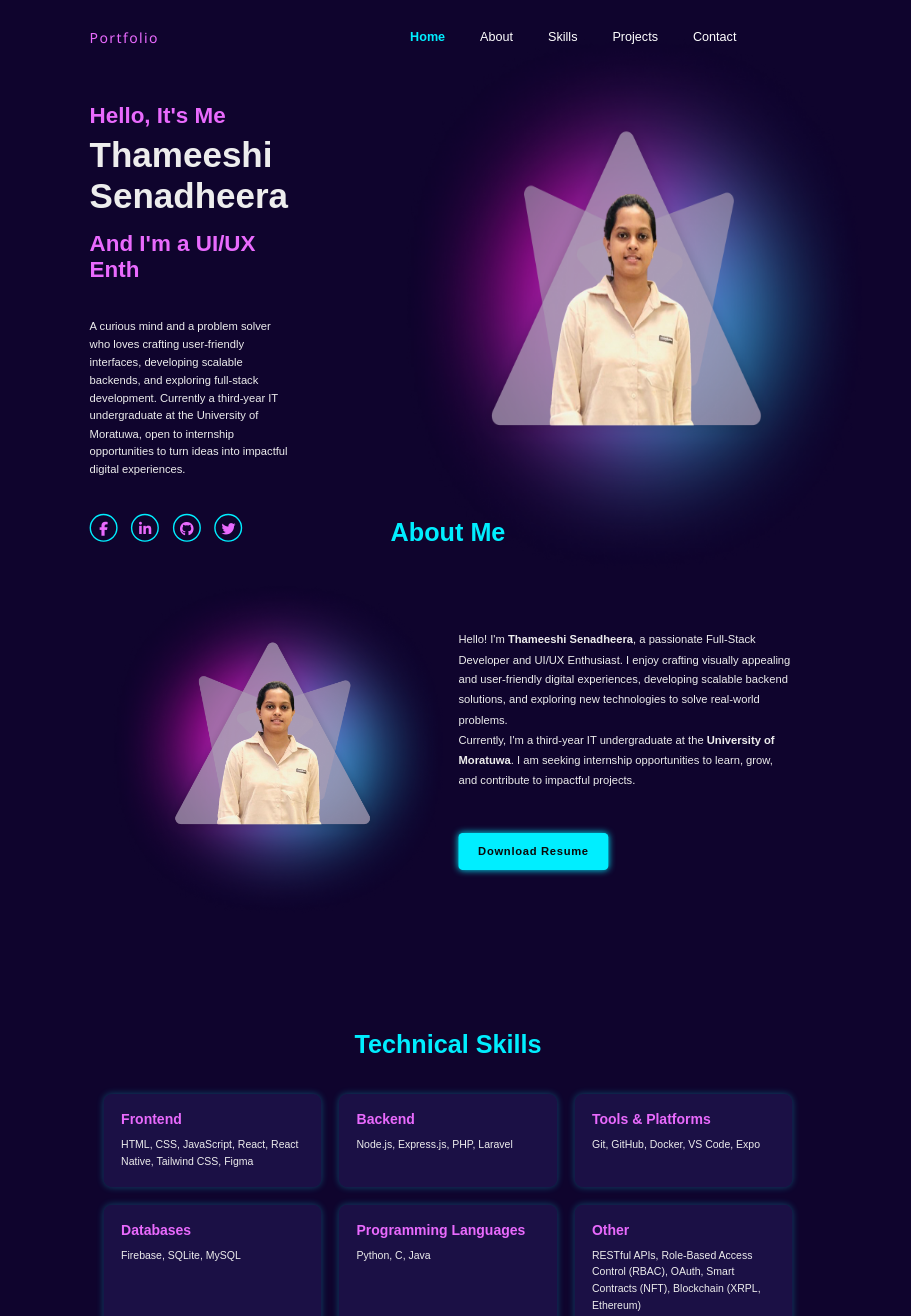
Repository: Thameeshi/portfolio-website
Page: http://localhost/
These files come from the project's save history. The page is drawn as it stood at one moment and after the next save; the edit follows.
The browser window is 1280 px wide. The page is 1280 px wide, then 1302 px, so the pictures cover 1302 px, including what lies to the right of the window. The pictures show the part of the page from y = 0 to 1880 px (the page is 3616 px tall), at 70% of full size.
Some web libraries are served in a nearby version. The page is served by the project's Node server (server.js).

Above is the page before, as saved 2025-09-10 11:36:11.

### public/css/style.css
/* Reset */
* {
    margin: 0;
    padding: 0;
    box-sizing: border-box;
    font-family: 'Poppins', sans-serif;
}

/* Body */
body {
    background: #0F042D;
    color: #ededed;
    scroll-behavior: smooth;
    overflow-x: hidden;
}

/* Header */
.header {
    position: fixed;
    top: 0;
    left: 0;
    width: 100%;
    padding: 40px 10%;
    display: flex;
    justify-content: space-between;
    align-items: center;
    z-index: 100;
    transition: background 0.3s ease-in-out;
}

.logo {
    font-size: 20px;
    color: #E96AFD;
    text-decoration: none;
    font-weight: 550;
    letter-spacing: 2px;
    font-family: 'Segoe UI', Tahoma, Geneva, Verdana, sans-serif;
    transition: transform 0.3s ease;
}
.logo:hover { transform: scale(1.1) rotate(-3deg); }

.navbar {
    display: flex;
    align-items: center;
    margin-right: 100px;
}
.navbar a {
    display: inline-block;
    font-size: 18px;
    color: #fff;
    text-decoration: none;
    font-weight: 500;
    margin-left: 50px;
    position: relative;
    transition: color 0.3s ease;
}
.navbar a::after {
    content: '';
    position: absolute;
    left: 0;
    bottom: -5px;
    width: 0;
    height: 2px;
    background: #0ef;
    transition: width 0.3s;
}
.navbar a:hover { color: #0ef; }
.navbar a:hover::after { width: 100%; }
.navbar a.active { color: #0ef; font-weight: 700; }

/* Home Section */
.home {
    display: flex;
    align-items: center;
    justify-content: space-between;
    padding: 50px 10%;
    height: 100vh;
    gap: 50px;
}

.home-content {
    flex: 1;
    max-width: 600px;
    animation: fadeIn 2s ease-in-out;
    margin-top: 200px;
}
.home-content h3 { font-size: 32px; font-weight: 700; color: #E96AFD; margin-bottom: 10px; animation: slideInLeft 1s ease; }
.home-content h1 { font-size: 50px; font-weight: 800; margin-bottom: 20px; animation: slideInRight 1.2s ease; }
.home-content p { line-height: 1.6; font-size: 16px; margin-bottom: 25px; margin-top:50px;animation: fadeInUp 1.5s ease; }

.btn-box {
    display: inline-block;
    padding: 12px 28px;
    background: #0ef;
    border-radius: 6px;
    font-size: 16px;
    color: #0a0a0a;
    font-weight: 600;
    letter-spacing: 1px;
    text-decoration: none;
    transition: 0.3s;
    box-shadow: 0 0 10px #0ef;
}
.btn-box:hover {
    background: #0c9;
    box-shadow: 0 0 20px #0ef, 0 0 40px #0ef;
    transform: scale(1.05);
}

/* Social Links */
.home-sci { margin-top: 50px; }
.home-sci a {
    display: inline-block;
    width: 40px;
    height: 40px;
    border: 2px solid #0ef;
    border-radius: 50%;
    font-size: 20px;
    color: #E96AFD;
    text-align: center;
    line-height: 40px;
    margin-right: 15px;
    transition: 0.4s;
}
.home-sci a:hover {
    background: #E96AFD;
    color: #0a0a0a;
    box-shadow: 0 0 20px #E96AFD;
}

/* Image next to home-content */

.image img {
    width: 800px;
    height: 800px;
    margin-left: 100px;
    margin-top: 150px;
}

/* Float animation */
@keyframes float {
    0%, 100% { transform: translateY(0); }
    50% { transform: translateY(-10px); }
}

/* About Section */
.about {
    padding: 70px 10%;
    color: #ededed;
    margin-top: -100px;
}
.about h2 { font-size: 36px; font-weight: 700; color: #0ef; margin-bottom: 40px; text-align: center; margin-top: 100px; }

.download { margin-top: 40px; }

.about-content {
    display: flex;
    align-items: center;
    justify-content: space-between;
    flex-wrap: wrap;
    gap: 30px;
    flex-direction: row-reverse;
}
.container { max-width: 1200px; margin: 0 auto; padding: 0 20px; margin-top: -50px; }
.about-text { flex: 1; min-width: 300px; font-size: 16px; line-height: 1.8; }
.about-text .btn-box { margin-top: 20px; }
.about-image { flex: 1; min-width: 400px; text-align: center; }
.about-image img { max-width: 500px; border-radius: 10px; }

/* Skills Section */
.skills {
    padding: 80px 10%;
    margin-top: 50px;
}
.skills h2 {
    font-size: 36px;
    font-weight: 700;
    color: #0ef;
    margin-bottom: 50px;
    text-align: center;
}
.skills-grid {
    display: grid;
    grid-template-columns: repeat(auto-fit, minmax(250px, 1fr));
    gap: 25px;
}
.skill-card {
    background: #1b1045;
    padding: 25px;
    border-radius: 12px;
    box-shadow: 0 0 10px rgba(14, 239, 255, 0.3);
    transition: transform 0.3s ease, box-shadow 0.3s ease;
}
.skill-card:hover {
    transform: translateY(-8px);
    box-shadow: 0 0 20px #0ef;
}
.skill-card h3 {
    font-size: 20px;
    color: #E96AFD;
    margin-bottom: 12px;
}
.skill-card p {
    font-size: 15px;
    line-height: 1.6;
    color: #ededed;
}

/* Projects Section */
.projects {
    padding: 80px 10%;
    margin-top: 50px;
}

.projects h2 {
    font-size: 36px;
    font-weight: 700;
    color: #0ef;
    margin-bottom: 50px;
    text-align: center;
}

.project-showcase {
    display: flex;
    justify-content: center;
    max-width: 1000px;
    margin: 0 auto;
}

.project-card {
    background: #1b1045;
    border-radius: 20px;
    overflow: hidden;
    box-shadow: 0 0 30px rgba(14, 239, 255, 0.2);
    transition: transform 0.3s ease, box-shadow 0.3s ease;
    width: 100%;
    display: flex;
    min-height: 500px;
}

.project-card:hover {
    transform: translateY(-5px);
    box-shadow: 0 0 40px rgba(14, 239, 255, 0.4);
}

.project-image-container {
    position: relative;
    flex: 1;
    overflow: hidden;
}

.project-images {
    position: relative;
    height: 100%;
    width: 100%;
}

.project-img {
    position: absolute;
    top: 0;
    left: 0;
    width: 100%;
    height: 100%;
    object-fit: cover;
    opacity: 0;
    transition: opacity 0.5s ease-in-out;
}

.project-img.active {
    opacity: 1;
}

.image-nav {
    position: absolute;
    bottom: 20px;
    left: 50%;
    transform: translateX(-50%);
    display: flex;
    gap: 10px;
    z-index: 3;
}

.nav-dot {
    width: 12px;
    height: 12px;
    border-radius: 50%;
    border: 2px solid rgba(255, 255, 255, 0.6);
    background: transparent;
    cursor: pointer;
    transition: all 0.3s ease;
}

.nav-dot:hover,
.nav-dot.active {
    background: #0ef;
    border-color: #0ef;
    transform: scale(1.2);
}

.project-overlay {
    position: absolute;
    top: 0;
    left: 0;
    right: 0;
    bottom: 0;
    background: linear-gradient(135deg, rgba(14, 239, 255, 0.8), rgba(233, 106, 253, 0.8));
    display: flex;
    align-items: center;
    justify-content: center;
    opacity: 0;
    transition: opacity 0.3s ease;
    z-index: 2;
}

.project-card:hover .project-overlay {
    opacity: 1;
}

.project-links {
    display: flex;
    gap: 20px;
}

.project-link {
    width: 60px;
    height: 60px;
    background: rgba(255, 255, 255, 0.2);
    border-radius: 50%;
    display: flex;
    align-items: center;
    justify-content: center;
    color: #fff;
    font-size: 24px;
    text-decoration: none;
    backdrop-filter: blur(10px);
    border: 2px solid rgba(255, 255, 255, 0.3);
    transition: all 0.3s ease;
}

.project-link:hover {
    background: rgba(255, 255, 255, 0.3);
    transform: scale(1.1);
    border-color: rgba(255, 255, 255, 0.6);
}

.project-info {
    flex: 1;
    padding: 40px;
    display: flex;
    flex-direction: column;
    justify-content: center;
}

.project-info h3 {
    font-size: 28px;
    color: #E96AFD;
    margin-bottom: 20px;
    font-weight: 700;
}

.project-info p {
    font-size: 16px;
    line-height: 1.7;
    color: #ededed;
    margin-bottom: 25px;
}

.project-features {
    display: grid;
    grid-template-columns: 1fr 1fr;
    gap: 15px;
    margin-bottom: 25px;
}

.feature {
    display: flex;
    align-items: center;
    gap: 8px;
    font-size: 14px;
    color: #ededed;
}

.feature i {
    color: #0ef;
    font-size: 16px;
}

.project-tech {
    display: flex;
    flex-wrap: wrap;
    gap: 10px;
}

.project-tech span {
    background: linear-gradient(135deg, #0ef, #E96AFD);
    color: #0a0a0a;
    padding: 8px 16px;
    border-radius: 25px;
    font-size: 13px;
    font-weight: 600;
    letter-spacing: 0.5px;
}

/* Responsive */
@media (max-width: 768px) {
    .projects {
        padding: 60px 5%;
    }

    .project-card {
        flex-direction: column;
        min-height: auto;
    }

    .project-image-container {
        height: 300px;
    }

    .project-info {
        padding: 30px 25px;
    }

    .project-info h3 {
        font-size: 24px;
    }

    .project-info p {
        font-size: 15px;
    }

    .project-features {
        grid-template-columns: 1fr;
        gap: 10px;
    }

    .project-links {
        gap: 15px;
    }

    .project-link {
        width: 50px;
        height: 50px;
        font-size: 20px;
    }
}

/* Add these styles to your existing stylesheet.css file */

/* Contact Section */
.contact {
    padding: 80px 10%;
    margin-top: 50px;
}

.contact h2 {
    font-size: 36px;
    font-weight: 700;
    color: #0ef;
    margin-bottom: 20px;
    text-align: center;
}

.contact > p {
    text-align: center;
    font-size: 18px;
    color: #ededed;
    margin-bottom: 50px;
    opacity: 0.8;
}

.contact-content {
    display: grid;
    grid-template-columns: 1fr 1fr;
    gap: 60px;
    max-width: 1200px;
    margin: 0 auto;
    align-items: start;
}

.contact-info {
    display: flex;
    flex-direction: column;
    gap: 30px;
}

.contact-item {
    background: #1b1045;
    padding: 25px;
    border-radius: 15px;
    text-align: center;
    transition: transform 0.3s ease, box-shadow 0.3s ease;
    border: 1px solid rgba(14, 239, 255, 0.1);
}

.contact-item:hover {
    transform: translateY(-5px);
    box-shadow: 0 10px 30px rgba(14, 239, 255, 0.2);
}

.contact-item i {
    font-size: 28px;
    color: #0ef;
    margin-bottom: 15px;
}

.contact-item h3 {
    font-size: 20px;
    color: #E96AFD;
    margin-bottom: 10px;
    font-weight: 600;
}

.contact-item p {
    color: #ededed;
    font-size: 16px;
}

.contact-form {
    background: #1b1045;
    padding: 40px;
    border-radius: 20px;
    box-shadow: 0 0 20px rgba(14, 239, 255, 0.1);
    border: 1px solid rgba(14, 239, 255, 0.1);
}

.form-group {
    margin-bottom: 25px;
}

.form-group input,
.form-group textarea {
    width: 100%;
    padding: 15px 20px;
    background: rgba(15, 4, 45, 0.8);
    border: 2px solid rgba(14, 239, 255, 0.2);
    border-radius: 10px;
    color: #ededed;
    font-size: 16px;
    font-family: 'Poppins', sans-serif;
    transition: all 0.3s ease;
    resize: vertical;
}

.form-group input:focus,
.form-group textarea:focus {
    outline: none;
    border-color: #0ef;
    box-shadow: 0 0 0 3px rgba(14, 239, 255, 0.1);
    transform: translateY(-2px);
}

.form-group input::placeholder,
.form-group textarea::placeholder {
    color: rgba(237, 237, 237, 0.6);
}

.form-group textarea {
    min-height: 120px;
    max-height: 200px;
}

.contact-form .btn-box {
    width: 100%;
    padding: 15px;
    font-size: 18px;
    margin-top: 10px;
    position: relative;
    overflow: hidden;
}

.contact-form .btn-box:hover {
    transform: translateY(-2px);
}

.contact-form .btn-box:active {
    transform: translateY(0);
}

/* Footer */
.footer {
    background: #1b1045;
    padding: 30px 10%;
    text-align: center;
    margin-top: 50px;
    border-top: 1px solid rgba(14, 239, 255, 0.1);
}

.footer p {
    color: #ededed;
    font-size: 14px;
    opacity: 0.8;
}

/* Enhanced responsive design */
@media (max-width: 768px) {
    .contact {
        padding: 60px 5%;
    }

    .contact-content {
        grid-template-columns: 1fr;
        gap: 40px;
    }

    .contact-form {
        padding: 25px 20px;
    }

    .form-group input,
    .form-group textarea {
        padding: 12px 15px;
        font-size: 14px;
    }

    .contact h2 {
        font-size: 28px;
    }

    .contact > p {
        font-size: 16px;
    }

    .contact-item {
        padding: 20px;
    }

    .contact-item i {
        font-size: 24px;
    }

    .contact-item h3 {
        font-size: 18px;
    }
}

@media (max-width: 480px) {
    .contact-form {
        padding: 20px 15px;
    }

    .form-group {
        margin-bottom: 20px;
    }

    .contact-info {
        gap: 20px;
    }

    .contact-item {
        padding: 15px;
    }
}

/* Additional animations */
@keyframes slideInLeft {
    from {
        transform: translateX(-50px);
        opacity: 0;
    }
    to {
        transform: translateX(0);
        opacity: 1;
    }
}

@keyframes slideInRight {
    from {
        transform: translateX(50px);
        opacity: 0;
    }
    to {
        transform: translateX(0);
        opacity: 1;
    }
}

/* Performance optimizations */
* {
    box-sizing: border-box;
}

img {
    max-width: 100%;
    height: auto;
}

/* Smooth transitions for better UX */
a, button {
    transition: all 0.3s ease;
}

/* Focus styles for accessibility */
a:focus,
button:focus,
input:focus,
textarea:focus {
    outline: 2px solid #0ef;
    outline-offset: 2px;
}

/* High contrast mode support */
@media (prefers-contrast: high) {
    .skill-card,
    .project-card,
    .contact-item,
    .contact-form {
        border: 2px solid #0ef;
    }
}

/* Reduced motion support */
@media (prefers-reduced-motion: reduce) {
    *,
    *::before,
    *::after {
        animation-duration: 0.01ms !important;
        animation-iteration-count: 1 !important;
        transition-duration: 0.01ms !important;
    }
}

/* Print styles */
@media print {
    .header,
    .contact-form,
    .project-overlay,
    .hamburger {
        display: none !important;
    }

    body {
        background: white !important;
        color: black !important;
    }

    .home,
    .about,
    .skills,
    .projects {
        page-break-inside: avoid;
        margin-bottom: 20px;
    }
}

/* Keyframe Animations */
@keyframes fadeIn { from { opacity: 0; } to { opacity: 1; } }
@keyframes slideInLeft { from { transform: translateX(-50px); opacity: 0; } to { transform: translateX(0); opacity: 1; } }
@keyframes slideInRight { from { transform: translateX(50px); opacity: 0; } to { transform: translateX(0); opacity: 1; } }
@keyframes fadeInUp { from { transform: translateY(30px); opacity: 0; } to { transform: translateY(0); opacity: 1; } }

/* Responsive */
@media (max-width: 768px) {
    .home {
        flex-direction: column;
        text-align: center;
        padding: 100px 5% 0;
        gap: 30px;
    }
    .home-content h1 { font-size: 36px; }
    .home-content h3 { font-size: 24px; }
    .image { max-width: 200px; margin-top: 20px; }
    .about-content { flex-direction: column; text-align: center; }
    .about-image img { max-width: 200px; margin-top: 20px; }
    .navbar a { margin-left: 20px; font-size: 16px; }
    .header { padding: 15px 5%; }
}

Loaded but not shown: public/js/main.js (628 lines, source omitted); server.js (274 lines, source omitted); views/index.ejs (352 lines, source omitted)

After the next save:
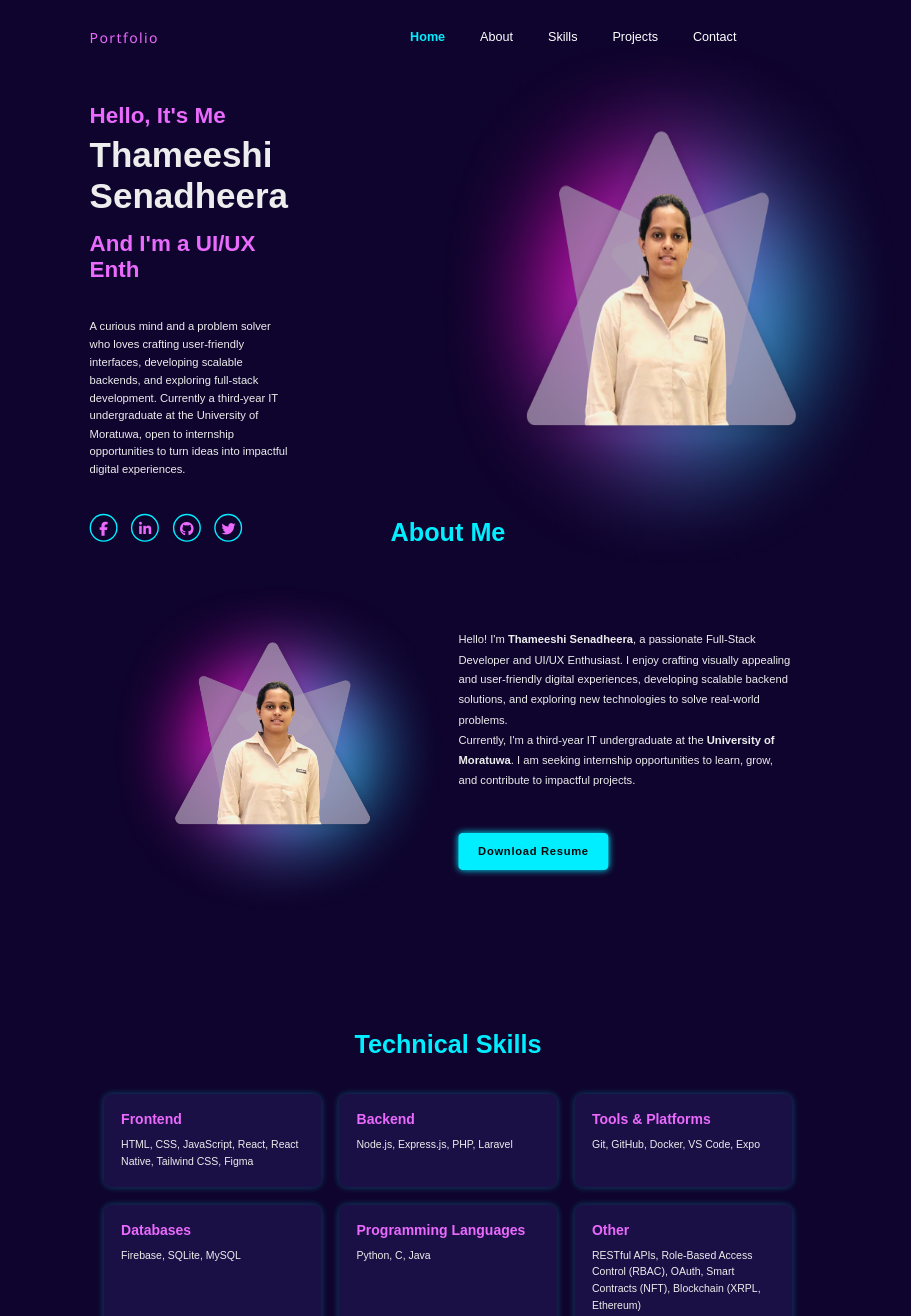
Saved 23 s later.
--- a/public/css/style.css
+++ b/public/css/style.css
@@ -133,7 +133,7 @@ body {
 .image img {
     width: 800px;
     height: 800px;
-    margin-left: 100px;
+    margin-left: 150px;
     margin-top: 150px;
 }
 
